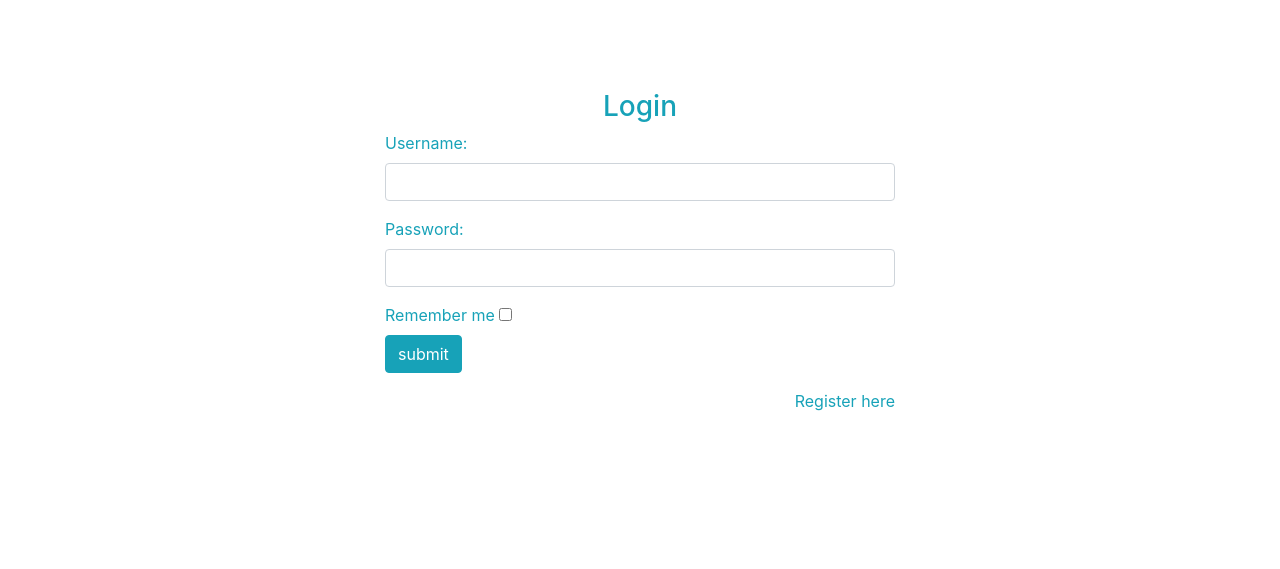
Repository: tung1233hhhhhhhhhhhhh/shoppingcart
Page: http://localhost/admin/view/login.php
These files come from the project's save history. The page is drawn as it stood at one moment and after the next save; the edit follows.
The browser window is 1280 px wide. The pictures show the whole page.
Some web libraries are served in a nearby version. The page is run by PHP 8.4 with error messages shown; the project is at /var/www/html/.

Above is the page before, as saved 2023-07-29 14:52:17.
Console error: TypeError: Cannot read properties of undefined (reading 'fn')

### admin/view/login.php
<!DOCTYPE html>
<html lang="en">
<head>
    <meta charset="UTF-8">
    <meta name="viewport" content="width=device-width, initial-scale=1.0">
    <title>Document</title>
    <link href="//maxcdn.bootstrapcdn.com/bootstrap/4.1.1/css/bootstrap.min.css" rel="stylesheet" id="bootstrap-css">

    <!------ Include the above in your HEAD tag ---------->
</head>

<body>
    <div id="login">
        <h3 class="text-center text-white pt-5">Login form</h3>
        <div class="container">
            <div id="login-row" class="row justify-content-center align-items-center">
                <div id="login-column" class="col-md-6">
                    <div id="login-box" class="col-md-12">
                        <form id="login-form" class="form" action="" method="post">
                            <h3 class="text-center text-info">Login</h3>
                            <div class="form-group">
                                <label for="username" class="text-info">Username:</label><br>
                                <input type="text" name="username" id="username" class="form-control">
                            </div>
                            <div class="form-group">
                                <label for="password" class="text-info">Password:</label><br>
                                <input type="text" name="password" id="password" class="form-control">
                            </div>
                            <div class="form-group">
                                <label for="remember-me" class="text-info"><span>Remember me</span> <span><input id="remember-me" name="remember-me" type="checkbox"></span></label><br>
                                <input type="submit" name="submit" class="btn btn-info btn-md" value="submit">
                            </div>
                            <div id="register-link" class="text-right">
                                <a href="#" class="text-info">Register here</a>
                            </div>
                        </form>
                    </div>
                </div>
            </div>
        </div>
    </div>
</body>
    <script src="//maxcdn.bootstrapcdn.com/bootstrap/4.1.1/js/bootstrap.min.js"></script>
    <script src="//cdnjs.cloudflare.com/ajax/libs/jquery/3.2.1/jquery.min.js"></script>

</html>

After the next save:
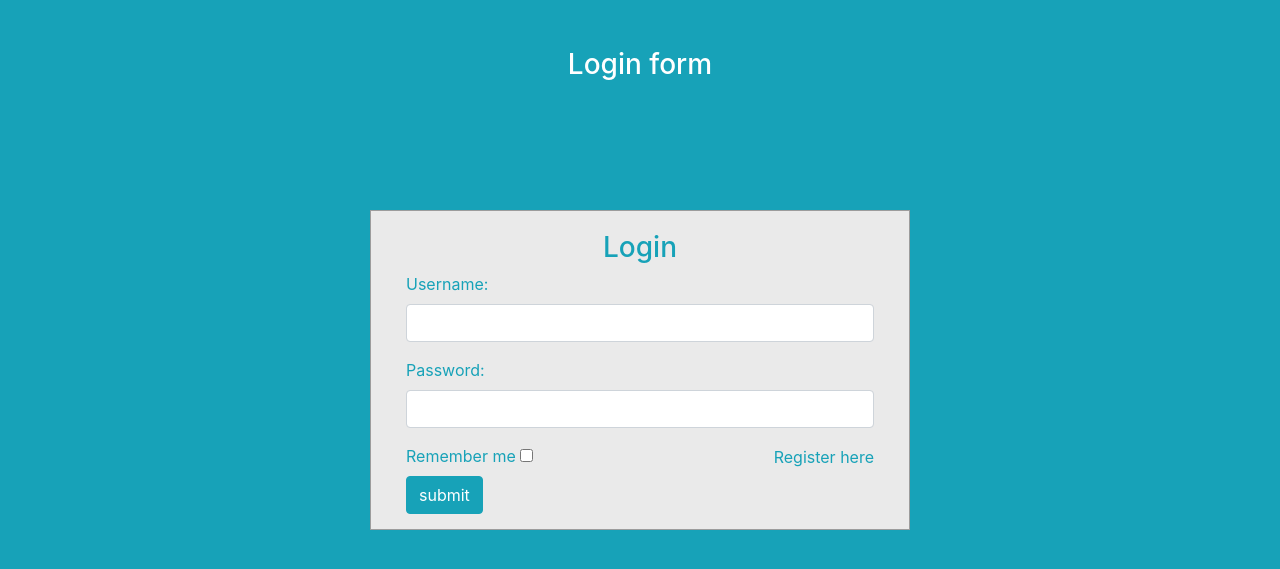
Saved 33 s later.
--- a/admin/view/login.php
+++ b/admin/view/login.php
@@ -8,7 +8,27 @@
 
     <!------ Include the above in your HEAD tag ---------->
 </head>
-
+<style>
+    body {
+  margin: 0;
+  padding: 0;
+  background-color: #17a2b8;
+  height: 100vh;
+}
+#login .container #login-row #login-column #login-box {
+  margin-top: 120px;
+  max-width: 600px;
+  height: 320px;
+  border: 1px solid #9C9C9C;
+  background-color: #EAEAEA;
+}
+#login .container #login-row #login-column #login-box #login-form {
+  padding: 20px;
+}
+#login .container #login-row #login-column #login-box #login-form #register-link {
+  margin-top: -85px;
+}
+</style>
 <body>
     <div id="login">
         <h3 class="text-center text-white pt-5">Login form</h3>
